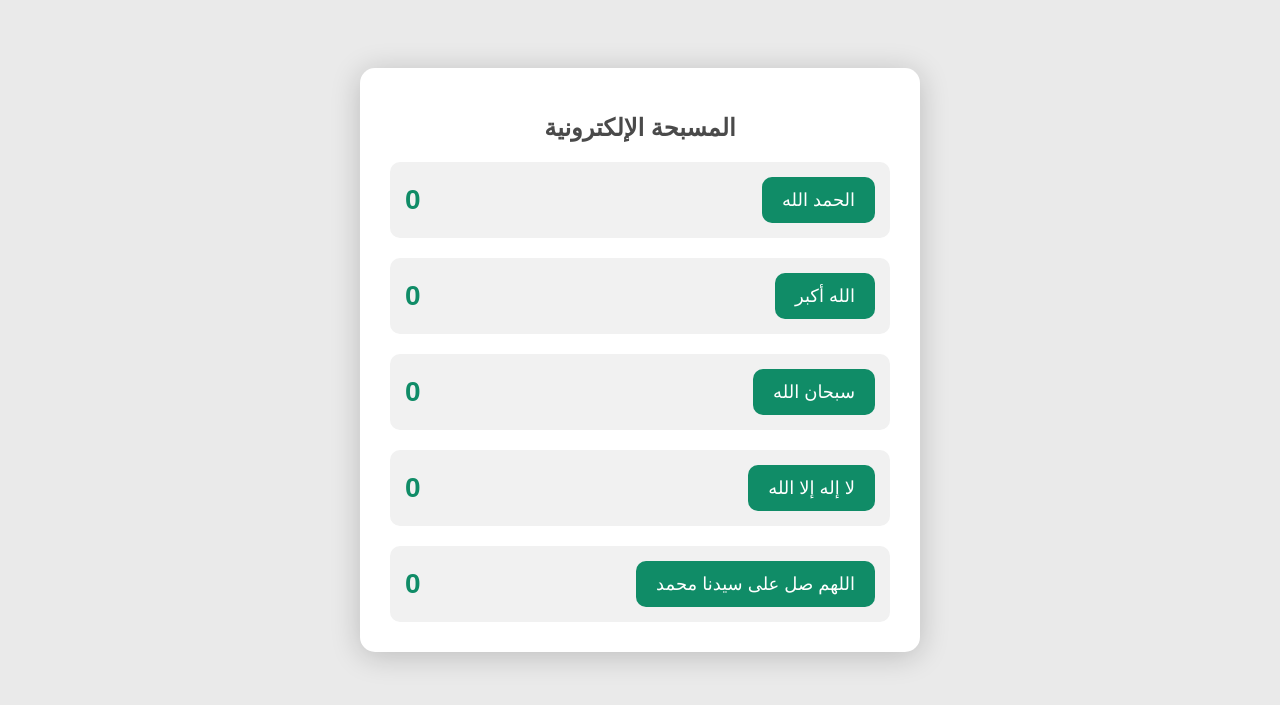
Repository: ShahdKItany/Electronic-Rosary
Page: index.html
The author's editor kept a copy of each file at every save. The page is drawn from the files as they stood at one save, then again after the next save.
The browser window is 1280 px wide. The pictures show the whole page.

Above is the page before, as saved 2024-10-23 00:55:47.

### index.html
<!DOCTYPE html>
<html lang="ar">
<head>
  <meta charset="UTF-8">
  <meta name="viewport" content="width=device-width, initial-scale=1.0">
  <link rel="stylesheet" href="styles.css">
  <title>المسبحة الإلكترونية</title>
</head>
<body>
  <div class="container">
    <h1 class="title">المسبحة الإلكترونية</h1>
    <div class="button-container">
      <div class="button-group">
        <span id="counter1" class="counter">0</span>
        <button id="incrementButton1">الحمد الله</button>
      </div>
      <div class="button-group">
        <span id="counter2" class="counter">0</span>
        <button id="incrementButton2">الله أكبر</button>
      </div>
      <div class="button-group">
        <span id="counter3" class="counter">0</span>
        <button id="incrementButton3">سبحان الله</button>
      </div>
      <div class="button-group">
        <span id="counter4" class="counter">0</span>
        <button id="incrementButton4">لا إله إلا الله</button>

      </div>
      <div class="button-group">
        <span id="counter5" class="counter">0</span>
        <button id="incrementButton5">اللهم صل على سيدنا محمد</button>

      </div>
    </div>
  </div>

  <script src="main.js"></script>
</body>
</html>

### styles.css
body {
    font-family: 'Arial', sans-serif;
    background-color: #eaeaea;
    display: flex;
    justify-content: center;
    align-items: center;
    height: 100vh;
    margin: 0;
  }

  .container {
    text-align: center;
    background-color: #ffffff;
    border-radius: 15px;
    box-shadow: 0 4px 30px rgba(0, 0, 0, 0.2);
    padding: 30px;
    max-width: 500px;
    width: 90%;
  }

  .title {
    color: #4a4a4a;
    margin-bottom: 20px;
    font-size: 24px;
    font-weight: bold;
  }

  .button-container {
    display: flex;
    flex-direction: column;
    gap: 20px;
  }

  .button-group {
    display: flex;
    justify-content: space-between;
    align-items: center;
    background-color: #f1f1f1;
    border-radius: 10px;
    padding: 15px;
    transition: background-color 0.3s;
  }

  .button-group:hover {
    background-color: #e0e0e0;
  }

  button {
    background-color: #108c67;
    color: white;
    border: none;
    border-radius: 10px;
    padding: 12px 20px;
    cursor: pointer;
    font-size: 18px;
    transition: background-color 0.3s, transform 0.1s;
  }

  button:hover {
    background-color: #79e67d;
    transform: translateY(-2px);
  }

  .counter {
    font-size: 28px;
    color:#108c67;
    font-weight: bold;
  }

### main.js
const incrementButton1 = document.getElementById('incrementButton1');
const incrementButton2 = document.getElementById('incrementButton2');
const incrementButton3 = document.getElementById('incrementButton3');
const incrementButton4 = document.getElementById('incrementButton4');
const incrementButton5 = document.getElementById('incrementButton5');

const counterElement1 = document.getElementById('counter1');
const counterElement2 = document.getElementById('counter2');
const counterElement3 = document.getElementById('counter3');
const counterElement4 = document.getElementById('counter4');
const counterElement5 = document.getElementById('counter5');

let counterValue1 = 0;
let counterValue2 = 0;
let counterValue3 = 0;
let counterValue4 = 0;
let counterValue5 = 0;

incrementButton1.addEventListener('click', function() {
  counterElement1.textContent = ++counterValue1;
});

incrementButton2.addEventListener('click', function() {
  counterElement2.textContent = ++counterValue2;
});

incrementButton3.addEventListener('click', function() {
  counterElement3.textContent = ++counterValue3;
});

incrementButton4.addEventListener('click', function() {
  counterElement4.textContent = ++counterValue4;
});

incrementButton5.addEventListener('click', function() {
  counterElement5.textContent = ++counterValue5;
});

After the next save:
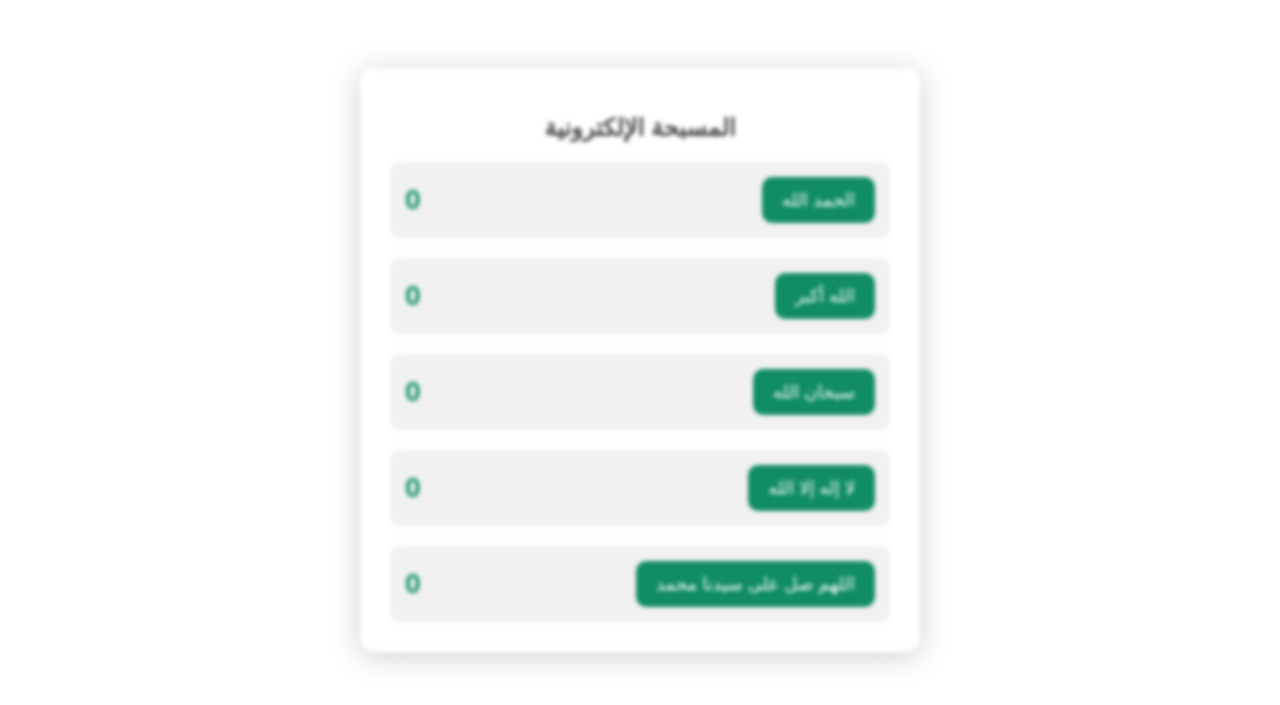
Not found: path/to/your/background-image.jpg
Saved 103 s later.
--- a/styles.css
+++ b/styles.css
@@ -1,22 +1,27 @@
 body {
     font-family: 'Arial', sans-serif;
-    background-color: #eaeaea;
+    background: url('path/to/your/background-image.jpg') no-repeat center center fixed; /* استبدل هذا المسار بمسار الصورة الخاصة بك */
+    background-size: cover; /* لتغطية كامل الخلفية */
     display: flex;
     justify-content: center;
     align-items: center;
     height: 100vh;
     margin: 0;
+    filter: blur(2px); /* يجعل الخلفية أكثر ضبابية */
   }
 
   .container {
     text-align: center;
-    background-color: #ffffff;
+    background-color: rgba(255, 255, 255, 0.8); /* لون الخلفية مع الشفافية */
     border-radius: 15px;
     box-shadow: 0 4px 30px rgba(0, 0, 0, 0.2);
     padding: 30px;
     max-width: 500px;
     width: 90%;
+    position: relative; /* تهيئة موضع العناصر */
+    z-index: 1; /* جلب الحاوية للأمام */
   }
+
 
   .title {
     color: #4a4a4a;

After the 5 saves that followed:
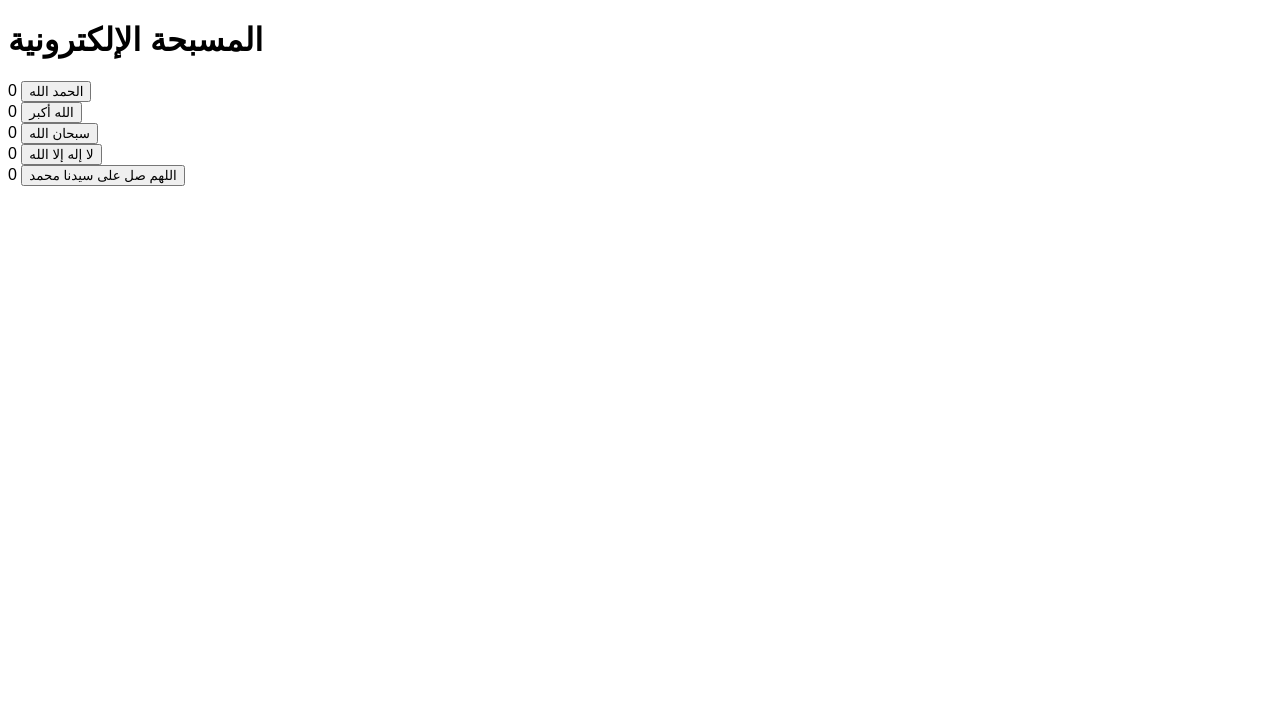
The 5 saves are shown as one change because 2 left the picture as it was and some came seconds apart.
The last was saved 2 min 24 s later.
--- a/styles.css
+++ b/styles.css
@@ -1,6 +1,6 @@
 body {
     font-family: 'Arial', sans-serif;
-    background: url('path/to/your/background-image.jpg') no-repeat center center fixed; /* استبدل هذا المسار بمسار الصورة الخاصة بك */
+    background: url('image1.jpg'/
     background-size: cover; /* لتغطية كامل الخلفية */
     display: flex;
     justify-content: center;
